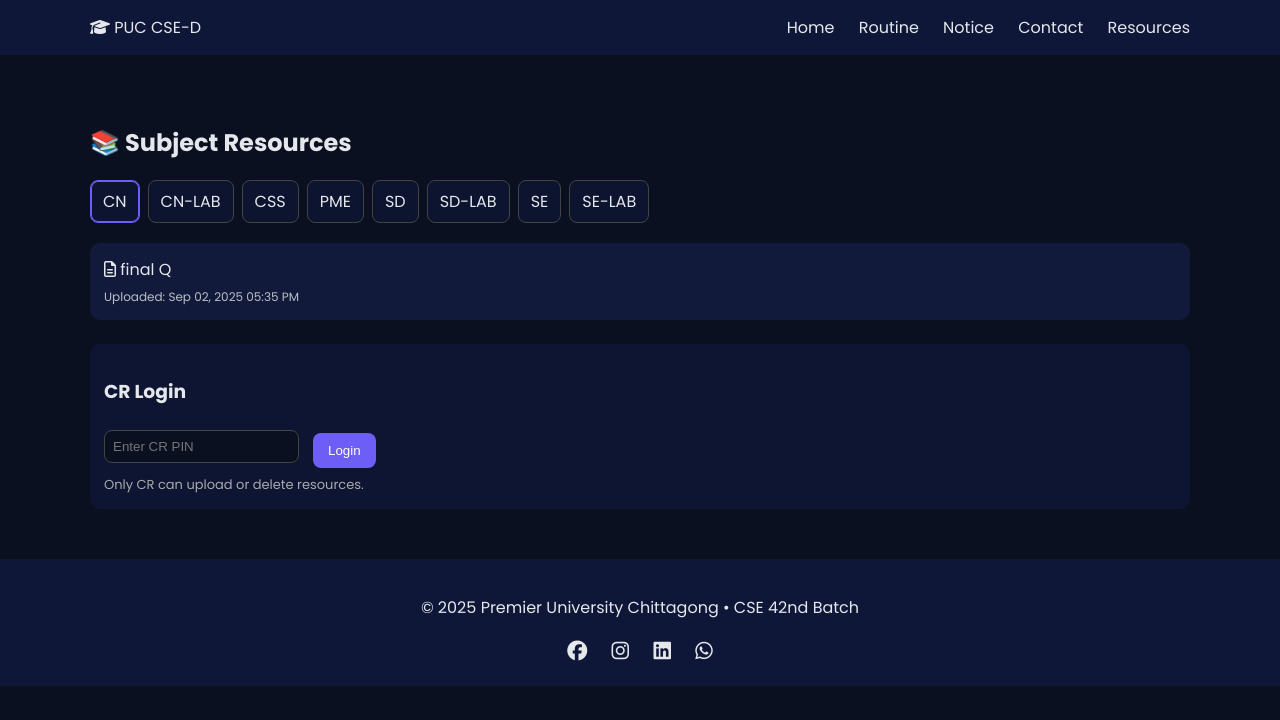
Repository: naimuddin1190/puc-class-management
Page: http://localhost/resources.php?subject=CN
These files come from the project's save history. The page is drawn as it stood at one moment and after the next save; the edit follows.
The browser window is 1280 px wide. The pictures show the whole page.
The page is run by PHP 8.4 with error messages shown; the project is at /var/www/html/. The database holds what the project's SQL file puts in it. Queries for data that is not in the repository find no rows.

Above is the page before, as saved 2025-09-02 23:51:13.

### resources.php
<?php
session_start();
include 'db.php';

// --- CR login/logout ---
$login_error = '';
if (isset($_POST['cr_login_pin'])) {
    if ($_POST['cr_login_pin'] === "4242") { // Change CR_PIN as needed
        $_SESSION['is_cr'] = true;
        header("Location: resources.php");
        exit;
    } else {
        $login_error = "Wrong PIN.";
    }
}

if (isset($_GET['logout']) && $_GET['logout'] === '1') {
    unset($_SESSION['is_cr']);
    header("Location: resources.php");
    exit;
}

// --- Handle CR subject management ---
if(!empty($_SESSION['is_cr'])) {
    // Add subject
    if(isset($_POST['add_subject']) && !empty($_POST['new_subject'])) {
        $name = trim($_POST['new_subject']);
        $stmt = mysqli_prepare($conn, "INSERT IGNORE INTO subjects (name) VALUES (?)");
        mysqli_stmt_bind_param($stmt, "s", $name);
        mysqli_stmt_execute($stmt);
        mysqli_stmt_close($stmt);
        header("Location: resources.php");
        exit;
    }

    // Delete subject
    if(isset($_POST['delete_subject']) && !empty($_POST['del_subject'])) {
        $sub = trim($_POST['del_subject']);

        // Delete all resources under this subject
        $res_files = mysqli_query($conn, "SELECT file_path FROM resources WHERE subject='" . mysqli_real_escape_string($conn,$sub) . "'");
        while($r = mysqli_fetch_assoc($res_files)) {
            $abs = __DIR__ . '/' . $r['file_path'];
            if(is_file($abs)) @unlink($abs);
        }

        // Delete DB rows
        mysqli_query($conn, "DELETE FROM resources WHERE subject='" . mysqli_real_escape_string($conn,$sub) . "'");
        mysqli_query($conn, "DELETE FROM subjects WHERE name='" . mysqli_real_escape_string($conn,$sub) . "'");

        header("Location: resources.php");
        exit;
    }
}

// --- Load subjects & current tab ---
$sub_result = mysqli_query($conn, "SELECT name FROM subjects ORDER BY name ASC");
$SUBJECTS = [];
while($row = mysqli_fetch_assoc($sub_result)) { $SUBJECTS[] = $row['name']; }
$current = isset($_GET['subject']) && in_array($_GET['subject'], $SUBJECTS) ? $_GET['subject'] : ($SUBJECTS[0] ?? '');

// --- Fetch resources ---
$stmt = mysqli_prepare($conn, "SELECT id, title, file_path, uploaded_at FROM resources WHERE subject=? ORDER BY uploaded_at DESC");
mysqli_stmt_bind_param($stmt, "s", $current);
mysqli_stmt_execute($stmt);
$result = mysqli_stmt_get_result($stmt);
$rows = mysqli_fetch_all($result, MYSQLI_ASSOC);
mysqli_stmt_close($stmt);
?>
<!DOCTYPE html>
<html lang="en">
<head>
<meta charset="UTF-8">
<title>Resources • PUC Section-D</title>
<link href="https://fonts.googleapis.com/css2?family=Poppins:wght@300;400;600;700&display=swap" rel="stylesheet">
<link href="https://cdnjs.cloudflare.com/ajax/libs/font-awesome/6.5.0/css/all.min.css" rel="stylesheet">
<link rel="stylesheet" href="style.css">
<style>
/* UI tweaks */
.tabs { display:flex; flex-wrap:wrap; gap:8px; margin: 10px 0 20px;}
.tab { padding:8px 12px; border:1px solid #444; border-radius:8px; text-decoration:none; color:var(--text); background:#0f1838a8;}
.tab.active { border-color: var(--primary); box-shadow:0 0 0 1px var(--primary) inset;}
.res-list { display:grid; grid-template-columns: repeat(auto-fit,minmax(260px,1fr)); gap:14px; }
.res-item { background: var(--card); padding:14px; border-radius:10px; }
.res-meta { font-size:12px; opacity:.8; margin-top:6px; }
.res-actions { display:flex; gap:8px; margin-top:10px; }
.admin-panel { background: #0d1533; padding:14px; border-radius:10px; margin-top:18px;}
.admin-panel input, .admin-panel select { margin:6px 6px 6px 0; padding:8px; border-radius:8px; border:1px solid #444; background:#0b1020; color:var(--text);}
.admin-panel .btn { margin-top:8px; }
.pin-row { display:flex; gap:8px; align-items:center; }
.notice { color: #aaa; font-size: 13px; margin-top:6px; }
</style>
</head>
<body>
<nav class="nav">
<div class="nav-inner container">
<div class="brand"><i class="fa-solid fa-graduation-cap"></i> PUC CSE-D</div>
<div class="menu">
<a href="index.html#home">Home</a>
<a href="index.html#routine">Routine</a>
<a href="index.html#notice">Notice</a>
<a href="index.html#contact">Contact</a>
<a href="resources.php" class="active">Resources</a>
</div>
</div>
</nav>

<section class="section container">
<h2>📚 Subject Resources</h2>

<!-- Subject tabs -->
<div class="tabs">
<?php foreach($SUBJECTS as $s): ?>
  <a class="tab <?= $current===$s?'active':'' ?>" href="?subject=<?= urlencode($s) ?>"><?= htmlspecialchars($s) ?></a>
<?php endforeach; ?>
</div>

<!-- Resource list -->
<div class="res-list">
<?php if(empty($rows)): ?>
  <div class="res-item">No resources yet for <b><?= htmlspecialchars($current) ?></b>.</div>
<?php else: foreach($rows as $r): ?>
  <div class="res-item">
    <div class="res-title">
      <i class="fa-regular fa-file-lines"></i>
      <a href="<?= htmlspecialchars($r['file_path']) ?>" target="_blank" style="color:var(--text); text-decoration:none;">
        <?= htmlspecialchars($r['title']) ?>
      </a>
    </div>
    <div class="res-meta">Uploaded: <?= date('M d, Y h:i A', strtotime($r['uploaded_at'])) ?></div>
    <?php if(!empty($_SESSION['is_cr'])): ?>
      <form class="res-actions" method="post" action="resource_delete.php" onsubmit="return confirm('Delete this file?');">
        <input type="hidden" name="id" value="<?= (int)$r['id'] ?>">
        <button class="delete-btn" type="submit" style="padding:6px 10px; border-radius:8px;">
          <i class="fa-solid fa-trash"></i> Delete
        </button>
      </form>

    <?php endif; ?>
  </div>
<?php endforeach; endif; ?>
</div>


<!-- CR login / logout -->
<?php if(empty($_SESSION['is_cr'])): ?>
<div class="admin-panel" style="margin-top:24px;">
<h3>CR Login</h3>
<?php if($login_error): ?><div style="color:#ef4444; margin-bottom:6px;"><?= htmlspecialchars($login_error) ?></div><?php endif; ?>
<form method="post">
  <div class="pin-row">
    <input type="password" name="cr_login_pin" placeholder="Enter CR PIN" required>
    <button class="btn" type="submit">Login</button>
  </div>
  <div class="notice">Only CR can upload or delete resources.</div>
</form>
</div>
<?php else: ?>
<div class="admin-panel">
<div style="display:flex; justify-content:space-between; align-items:center;">
<h3>Upload New Resource</h3>
<a class="btn" href="resources.php?logout=1">Logout CR</a>
</div>
<form method="post" action="resource_upload.php" enctype="multipart/form-data">
<div>
<select name="subject" required>
<?php foreach($SUBJECTS as $s): ?>
  <option value="<?= htmlspecialchars($s) ?>" <?= $current===$s?'selected':'' ?>><?= htmlspecialchars($s) ?></option>
<?php endforeach; ?>
</select>
<input type="text" name="title" placeholder="Title (e.g., CT-1 Syllabus)" required>
<input type="file" name="file" accept=".pdf,.ppt,.pptx,.doc,.docx,.xls,.xlsx,.zip,.rar,.7z,.txt" required>
</div>
<button class="btn" type="submit" style="margin-top:8px;"><i class="fa-solid fa-cloud-arrow-up"></i> Upload</button>
<div class="notice">Allowed: pdf, ppt/pptx, doc/docx, xls/xlsx, zip/rar/7z, txt (≤ 20MB)</div>
</form>

<!-- Subject Management -->
<div style="margin-top:20px;">
<h3>Manage Subjects</h3>
<!-- Add Subject -->
<form method="post" style="margin-bottom:12px;">
<input type="text" name="new_subject" placeholder="New Subject" required>
<button type="submit" name="add_subject">Add</button>
</form>
<!-- Delete Subject -->
<form method="post">
<select name="del_subject" required>
<option value="">Select Subject to Delete</option>
<?php foreach($SUBJECTS as $s): ?>
<option value="<?= htmlspecialchars($s) ?>"><?= htmlspecialchars($s) ?></option>
<?php endforeach; ?>
</select>
<button type="submit" name="delete_subject" onclick="return confirm('Delete this subject and all its resources?');">Delete</button>
</form>
</div>
</div>
<?php endif; ?>
</section>

<footer class="footer">
<p>© 2025 Premier University Chittagong • CSE 42nd Batch</p>
<div class="socials">
<a href="https://facebook.com"><i class="fab fa-facebook"></i></a>
<a href="https://instagram.com"><i class="fab fa-instagram"></i></a>
<a href="https://linkedin.com"><i class="fab fa-linkedin"></i></a>
<a href="https://chat.whatsapp.com/your-group-link"><i class="fab fa-whatsapp"></i></a>
</div>
</footer>
</body>
</html>

### db.php
<?php
// Database Configuration
$servername = "localhost";
$username   = "root";   // XAMPP/MAMP এর জন্য সাধারণত root
$password   = "";       // Default password খালি থাকে
$dbname     = "puc_portal_db";

// Database Connection
$conn = new mysqli($servername, $username, $password, $dbname);

// Check Connection
if ($conn->connect_error) {
    die("Connection failed: " . $conn->connect_error);
}

/*
|--------------------------------------------------------------------------
| Tables Needed:
|--------------------------------------------------------------------------
| 1. subjects (id, name)
| 2. notes (id, subject_id, file_name, file_path, uploaded_at)
| 3. slides (id, subject_id, file_name, file_path, uploaded_at)
| 4. pdfs (id, subject_id, file_name, file_path, uploaded_at)
|--------------------------------------------------------------------------
|
| তুমি phpMyAdmin এ গিয়ে নিচের SQL রান করলে টেবিলগুলো তৈরি হয়ে যাবে।
|
| CREATE TABLE subjects (
|   id INT AUTO_INCREMENT PRIMARY KEY,
|   name VARCHAR(255) NOT NULL
| );
|
| CREATE TABLE notes (
|   id INT AUTO_INCREMENT PRIMARY KEY,
|   subject_id INT,
|   file_name VARCHAR(255),
|   file_path VARCHAR(255),
|   uploaded_at TIMESTAMP DEFAULT CURRENT_TIMESTAMP,
|   FOREIGN KEY (subject_id) REFERENCES subjects(id) ON DELETE CASCADE
| );
|
| CREATE TABLE slides (
|   id INT AUTO_INCREMENT PRIMARY KEY,
|   subject_id INT,
|   file_name VARCHAR(255),
|   file_path VARCHAR(255),
|   uploaded_at TIMESTAMP DEFAULT CURRENT_TIMESTAMP,
|   FOREIGN KEY (subject_id) REFERENCES subjects(id) ON DELETE CASCADE
| );
|
| CREATE TABLE pdfs (
|   id INT AUTO_INCREMENT PRIMARY KEY,
|   subject_id INT,
|   file_name VARCHAR(255),
|   file_path VARCHAR(255),
|   uploaded_at TIMESTAMP DEFAULT CURRENT_TIMESTAMP,
|   FOREIGN KEY (subject_id) REFERENCES subjects(id) ON DELETE CASCADE
| );
|
*/
?>

### style.css
:root {
  --bg: #0b1020;
  --card: #111a3a;
  --primary: #6d5ef6;
  --danger: #ef4444;
  --text: #e5e7eb;
}

body {
  margin: 0;
  font-family: 'Poppins', sans-serif;
  background: var(--bg);
  color: var(--text);
}

.container {
  width: min(1100px, 90%);
  margin: auto;
}

.section {
  padding: 50px 0;
}

/* Navbar */
.nav {
  background: #0e1738;
  position: sticky;
  top: 0;
  z-index: 100;
}
.nav-inner {
  display: flex;
  justify-content: space-between;
  align-items: center;
  padding: 15px 0;
}
.menu a {
  margin-left: 20px;
  text-decoration: none;
  color: var(--text);
}
.menu a:hover {
  color: var(--primary);
}

/* Hero */
.hero {
  display: flex;
  justify-content: space-between;
  align-items: center;
}
.clock-area {
  text-align: center;
}
#digitalClock {
  margin-top: 10px;
  font-size: 20px;
}

/* Routine */
#routineTable table {
  width: 100%;
  border-collapse: collapse;
}
#routineTable th, #routineTable td {
  border: 1px solid #444;
  padding: 8px;
  text-align: center;
}

/* Notices */
#noticeList {
  list-style: none;
  padding: 0;
}
#noticeList li {
  background: var(--card);
  padding: 10px;
  margin-bottom: 8px;
  border-radius: 5px;
  display: flex;
  flex-direction: column;
}
#noticeList small {
  font-size: 12px;
  color: #bbb;
  margin-bottom: 5px;
}
.delete-btn {
  background: transparent;
  border: none;
  color: var(--danger);
  cursor: pointer;
  font-size: 16px;
  align-self: flex-end;
}
.delete-btn:hover {
  color: #ff5555;
}
textarea {
  width: 100%;
  height: 80px;
  margin-top: 10px;
  padding: 8px;
  border-radius: 5px;
  border: none;
}

/* Contact */
.contact-grid {
  display: grid;
  grid-template-columns: repeat(auto-fit,minmax(220px,1fr));
  gap: 20px;
}
.card {
  background: var(--card);
  padding: 20px;
  border-radius: 10px;
}

/* Footer */
.footer {
  text-align: center;
  padding: 20px;
  background: #0e1738;
}
.footer .socials a {
  margin: 0 10px;
  color: var(--text);
  font-size: 20px;
}
.footer .socials a:hover {
  color: var(--primary);
}

/* Buttons & Admin Panel */
.btn {
  background: var(--primary);
  color: white;
  border: none;
  padding: 10px 15px;
  border-radius: 8px;
  cursor: pointer;
}
.btn:hover {
  opacity: 0.9;
}
.admin-panel {
  margin-top: 15px;
}
.admin-panel input, .admin-panel select {
  margin: 5px;
  padding: 8px;
  border-radius: 5px;
  border: none;
}





/* Admin panel (already exists? then keep whichever is nicer) */
.admin-panel {
  background: #0d1533;
  padding: 14px;
  border-radius: 10px;
  margin-top: 18px;
}

/* Bigger Notice box */
#newNotice {
  width: 100%;
  min-height: 110px;
  padding: 10px;
  border-radius: 10px;
  border: 1px solid #444;
  background: var(--card);
  color: var(--text);
  resize: vertical;
}

### puc_portal_db.sql (the tables this page reads)
CREATE TABLE `resources` (
  `id` int(11) NOT NULL,
  `subject` varchar(100) NOT NULL,
  `title` varchar(255) NOT NULL,
  `file_path` varchar(255) NOT NULL,
  `uploaded_at` timestamp NOT NULL DEFAULT current_timestamp()
) ENGINE=InnoDB DEFAULT CHARSET=utf8mb4 COLLATE=utf8mb4_general_ci;

INSERT INTO `resources` (`id`, `subject`, `title`, `file_path`, `uploaded_at`) VALUES
(4, 'CN', 'final Q', 'uploads/CN/1756834552_6th_CN_MID_Spring-2024_1_.pdf', '2025-09-02 17:35:52');

ALTER TABLE `resources`
  ADD PRIMARY KEY (`id`);

ALTER TABLE `resources`
  MODIFY `id` int(11) NOT NULL AUTO_INCREMENT, AUTO_INCREMENT=6;

CREATE TABLE `subjects` (
  `id` int(11) NOT NULL,
  `name` varchar(255) NOT NULL
) ENGINE=InnoDB DEFAULT CHARSET=utf8mb4 COLLATE=utf8mb4_general_ci;

INSERT INTO `subjects` (`id`, `name`) VALUES
(2, 'PME'),
(3, 'CN'),
(4, 'SE'),
(5, 'SD'),
(6, 'CN-LAB'),
(7, 'SE-LAB'),
(8, 'SD-LAB'),
(9, 'CSS');

ALTER TABLE `subjects`
  ADD PRIMARY KEY (`id`);

ALTER TABLE `subjects`
  MODIFY `id` int(11) NOT NULL AUTO_INCREMENT, AUTO_INCREMENT=10;

After the next save:
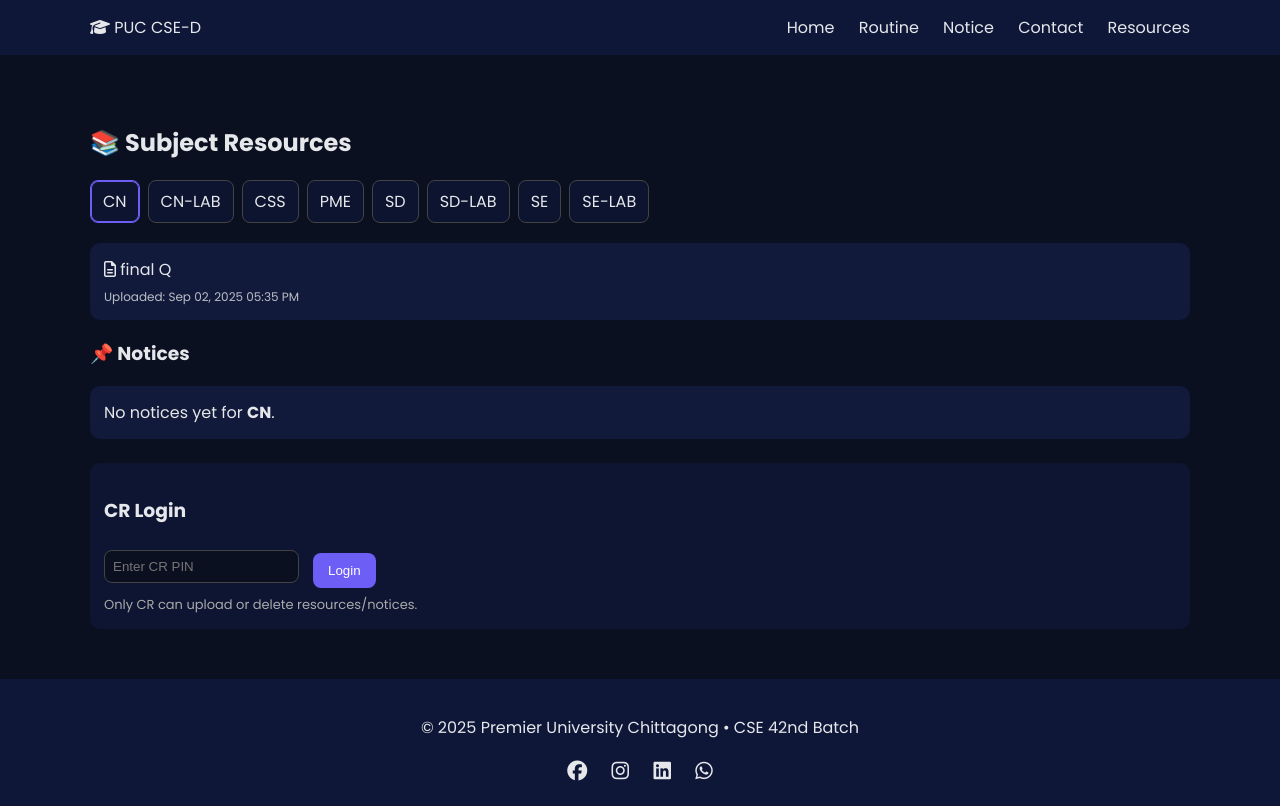
Saved 2 min 42 s later.
--- a/resources.php
+++ b/resources.php
@@ -5,7 +5,7 @@ include 'db.php';
 // --- CR login/logout ---
 $login_error = '';
 if (isset($_POST['cr_login_pin'])) {
-    if ($_POST['cr_login_pin'] === "4242") { // Change CR_PIN as needed
+    if ($_POST['cr_login_pin'] === "4242") { // CR PIN
         $_SESSION['is_cr'] = true;
         header("Location: resources.php");
         exit;
@@ -36,19 +36,28 @@ if(!empty($_SESSION['is_cr'])) {
     // Delete subject
     if(isset($_POST['delete_subject']) && !empty($_POST['del_subject'])) {
         $sub = trim($_POST['del_subject']);
-
-        // Delete all resources under this subject
         $res_files = mysqli_query($conn, "SELECT file_path FROM resources WHERE subject='" . mysqli_real_escape_string($conn,$sub) . "'");
         while($r = mysqli_fetch_assoc($res_files)) {
             $abs = __DIR__ . '/' . $r['file_path'];
             if(is_file($abs)) @unlink($abs);
         }
-
-        // Delete DB rows
         mysqli_query($conn, "DELETE FROM resources WHERE subject='" . mysqli_real_escape_string($conn,$sub) . "'");
         mysqli_query($conn, "DELETE FROM subjects WHERE name='" . mysqli_real_escape_string($conn,$sub) . "'");
-
+        mysqli_query($conn, "DELETE FROM notices WHERE subject='" . mysqli_real_escape_string($conn,$sub) . "'");
         header("Location: resources.php");
+        exit;
+    }
+
+    // Handle notice upload
+    if(isset($_POST['post_notice']) && !empty($_POST['notice_title']) && !empty($_POST['notice_content'])) {
+        $subj = trim($_POST['notice_subject']);
+        $title = trim($_POST['notice_title']);
+        $content = trim($_POST['notice_content']);
+        $stmt = mysqli_prepare($conn, "INSERT INTO notices (subject, title, content) VALUES (?, ?, ?)");
+        mysqli_stmt_bind_param($stmt, "sss", $subj, $title, $content);
+        mysqli_stmt_execute($stmt);
+        mysqli_stmt_close($stmt);
+        header("Location: resources.php?subject=".urlencode($subj));
         exit;
     }
 }
@@ -66,6 +75,14 @@ mysqli_stmt_execute($stmt);
 $result = mysqli_stmt_get_result($stmt);
 $rows = mysqli_fetch_all($result, MYSQLI_ASSOC);
 mysqli_stmt_close($stmt);
+
+// --- Fetch notices ---
+$notice_stmt = mysqli_prepare($conn, "SELECT id, title, content, uploaded_at FROM notices WHERE subject=? ORDER BY uploaded_at DESC");
+mysqli_stmt_bind_param($notice_stmt, "s", $current);
+mysqli_stmt_execute($notice_stmt);
+$notice_res = mysqli_stmt_get_result($notice_stmt);
+$notices = mysqli_fetch_all($notice_res, MYSQLI_ASSOC);
+mysqli_stmt_close($notice_stmt);
 ?>
 <!DOCTYPE html>
 <html lang="en">
@@ -76,7 +93,6 @@ mysqli_stmt_close($stmt);
 <link href="https://cdnjs.cloudflare.com/ajax/libs/font-awesome/6.5.0/css/all.min.css" rel="stylesheet">
 <link rel="stylesheet" href="style.css">
 <style>
-/* UI tweaks */
 .tabs { display:flex; flex-wrap:wrap; gap:8px; margin: 10px 0 20px;}
 .tab { padding:8px 12px; border:1px solid #444; border-radius:8px; text-decoration:none; color:var(--text); background:#0f1838a8;}
 .tab.active { border-color: var(--primary); box-shadow:0 0 0 1px var(--primary) inset;}
@@ -85,7 +101,7 @@ mysqli_stmt_close($stmt);
 .res-meta { font-size:12px; opacity:.8; margin-top:6px; }
 .res-actions { display:flex; gap:8px; margin-top:10px; }
 .admin-panel { background: #0d1533; padding:14px; border-radius:10px; margin-top:18px;}
-.admin-panel input, .admin-panel select { margin:6px 6px 6px 0; padding:8px; border-radius:8px; border:1px solid #444; background:#0b1020; color:var(--text);}
+.admin-panel input, .admin-panel select, .admin-panel textarea { margin:6px 6px 6px 0; padding:8px; border-radius:8px; border:1px solid #444; background:#0b1020; color:var(--text);}
 .admin-panel .btn { margin-top:8px; }
 .pin-row { display:flex; gap:8px; align-items:center; }
 .notice { color: #aaa; font-size: 13px; margin-top:6px; }
@@ -135,14 +151,26 @@ mysqli_stmt_close($stmt);
           <i class="fa-solid fa-trash"></i> Delete
         </button>
       </form>
-
     <?php endif; ?>
   </div>
 <?php endforeach; endif; ?>
 </div>
 
-
-<!-- CR login / logout -->
+<!-- Notices list -->
+<h3>📌 Notices</h3>
+<div class="res-list">
+<?php if(empty($notices)): ?>
+  <div class="res-item">No notices yet for <b><?= htmlspecialchars($current) ?></b>.</div>
+<?php else: foreach($notices as $n): ?>
+  <div class="res-item">
+    <div class="res-title"><i class="fa-solid fa-bullhorn"></i> <?= htmlspecialchars($n['title']) ?></div>
+    <div class="res-meta"><?= nl2br(htmlspecialchars($n['content'])) ?></div>
+    <div class="res-meta">Posted: <?= date('M d, Y h:i A', strtotime($n['uploaded_at'])) ?></div>
+  </div>
+<?php endforeach; endif; ?>
+</div>
+
+<!-- CR login / panel -->
 <?php if(empty($_SESSION['is_cr'])): ?>
 <div class="admin-panel" style="margin-top:24px;">
 <h3>CR Login</h3>
@@ -152,38 +180,49 @@ mysqli_stmt_close($stmt);
     <input type="password" name="cr_login_pin" placeholder="Enter CR PIN" required>
     <button class="btn" type="submit">Login</button>
   </div>
-  <div class="notice">Only CR can upload or delete resources.</div>
+  <div class="notice">Only CR can upload or delete resources/notices.</div>
 </form>
 </div>
 <?php else: ?>
 <div class="admin-panel">
 <div style="display:flex; justify-content:space-between; align-items:center;">
-<h3>Upload New Resource</h3>
+<h3>Upload New Resource / Post Notice</h3>
 <a class="btn" href="resources.php?logout=1">Logout CR</a>
 </div>
+
+<!-- File Upload -->
 <form method="post" action="resource_upload.php" enctype="multipart/form-data">
-<div>
 <select name="subject" required>
 <?php foreach($SUBJECTS as $s): ?>
-  <option value="<?= htmlspecialchars($s) ?>" <?= $current===$s?'selected':'' ?>><?= htmlspecialchars($s) ?></option>
+<option value="<?= htmlspecialchars($s) ?>" <?= $current===$s?'selected':'' ?>><?= htmlspecialchars($s) ?></option>
 <?php endforeach; ?>
 </select>
-<input type="text" name="title" placeholder="Title (e.g., CT-1 Syllabus)" required>
+<input type="text" name="title" placeholder="File Title" required>
 <input type="file" name="file" accept=".pdf,.ppt,.pptx,.doc,.docx,.xls,.xlsx,.zip,.rar,.7z,.txt" required>
-</div>
-<button class="btn" type="submit" style="margin-top:8px;"><i class="fa-solid fa-cloud-arrow-up"></i> Upload</button>
-<div class="notice">Allowed: pdf, ppt/pptx, doc/docx, xls/xlsx, zip/rar/7z, txt (≤ 20MB)</div>
+<button class="btn" type="submit"><i class="fa-solid fa-cloud-arrow-up"></i> Upload File</button>
+<div class="notice">Allowed: pdf, ppt/pptx, doc/docx, xls/xlsx, zip/rar/7z, txt (≤20MB)</div>
+</form>
+
+<!-- Notice Post -->
+<form method="post">
+<select name="notice_subject" required>
+<?php foreach($SUBJECTS as $s): ?>
+<option value="<?= htmlspecialchars($s) ?>" <?= $current===$s?'selected':'' ?>><?= htmlspecialchars($s) ?></option>
+<?php endforeach; ?>
+</select>
+<input type="text" name="notice_title" placeholder="Notice Title" required>
+<textarea name="notice_content" rows="4" placeholder="Type your notice here..." required></textarea>
+<button class="btn" type="submit" name="post_notice">Post Notice</button>
 </form>
 
 <!-- Subject Management -->
 <div style="margin-top:20px;">
 <h3>Manage Subjects</h3>
-<!-- Add Subject -->
 <form method="post" style="margin-bottom:12px;">
 <input type="text" name="new_subject" placeholder="New Subject" required>
 <button type="submit" name="add_subject">Add</button>
 </form>
-<!-- Delete Subject -->
+
 <form method="post">
 <select name="del_subject" required>
 <option value="">Select Subject to Delete</option>
@@ -191,7 +230,7 @@ mysqli_stmt_close($stmt);
 <option value="<?= htmlspecialchars($s) ?>"><?= htmlspecialchars($s) ?></option>
 <?php endforeach; ?>
 </select>
-<button type="submit" name="delete_subject" onclick="return confirm('Delete this subject and all its resources?');">Delete</button>
+<button type="submit" name="delete_subject" onclick="return confirm('Delete this subject and all its resources/notices?');">Delete</button>
 </form>
 </div>
 </div>
